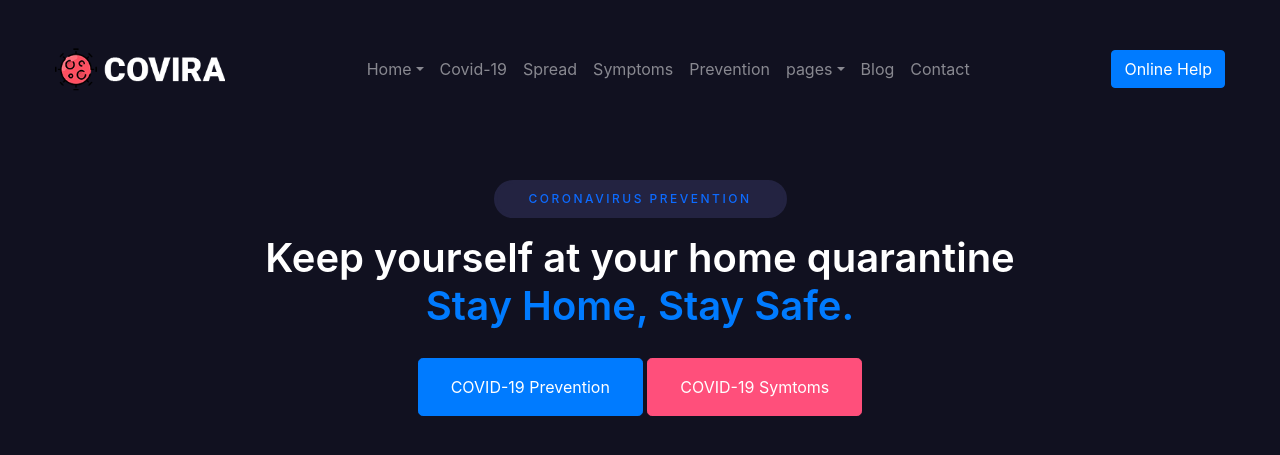
Repository: sitikhusushan/corona_updates
Page: index.html
The author's editor kept a copy of each file at every save. The page is drawn from the files as they stood at one save, then again after the next save.
The browser window is 1280 px wide. The pictures show the whole page.

Above is the page before, as saved 2020-06-05 07:53:46.

After the next save:
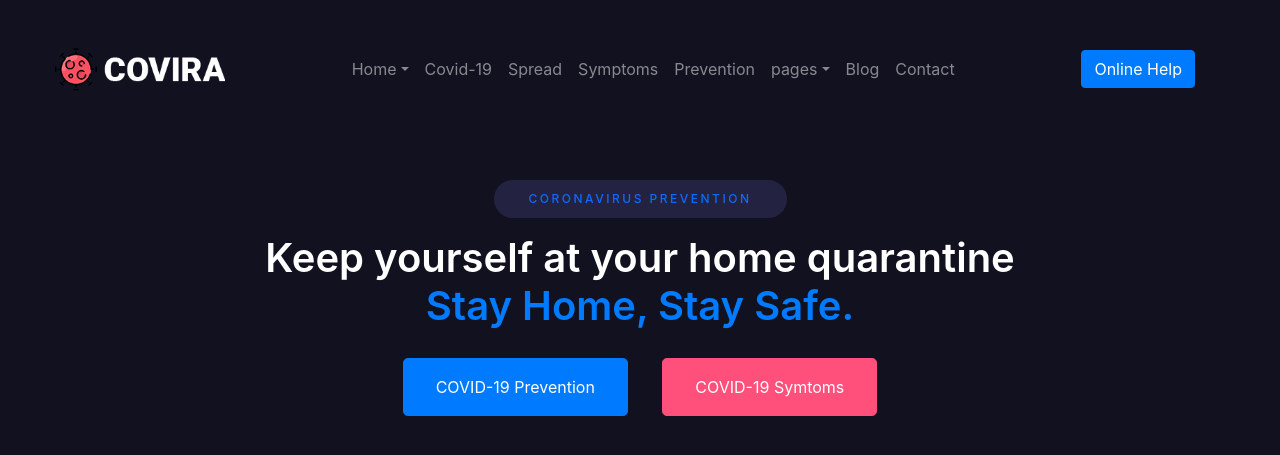
Saved 2 min 19 s later.
--- a/style.css
+++ b/style.css
@@ -49,6 +49,10 @@ h1 {
 .btn-lg {
   padding: 1rem 2rem;
   font-size: 1rem;
+}
+
+.btn-primary {
+  margin-right: 30px;
 }
 
 .pre {
